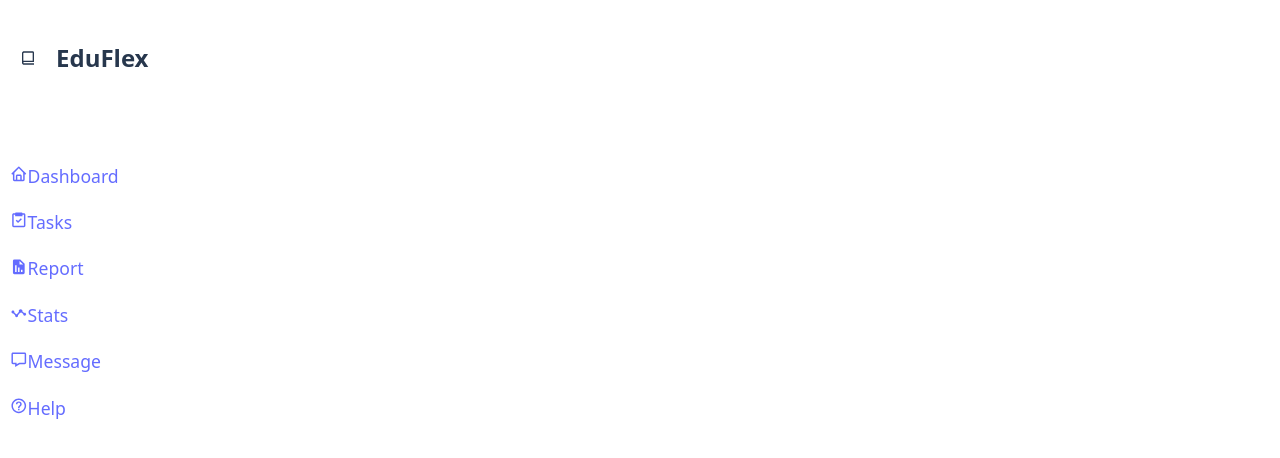
Repository: gogg23/react-dash
Page: /
The author's editor kept a copy of each file at every save. The page is drawn from the files as they stood at one save, then again after the next save.
The browser window is 1280 px wide. The pictures show the whole page.
The project was rebuilt for these pictures with package versions that can differ from the ones it lists, and the page was loaded fresh each time. Also part of the build but not shown: vite.config.js.

Above is the page before, as saved 2025-03-10 20:46:58.

After the next save:
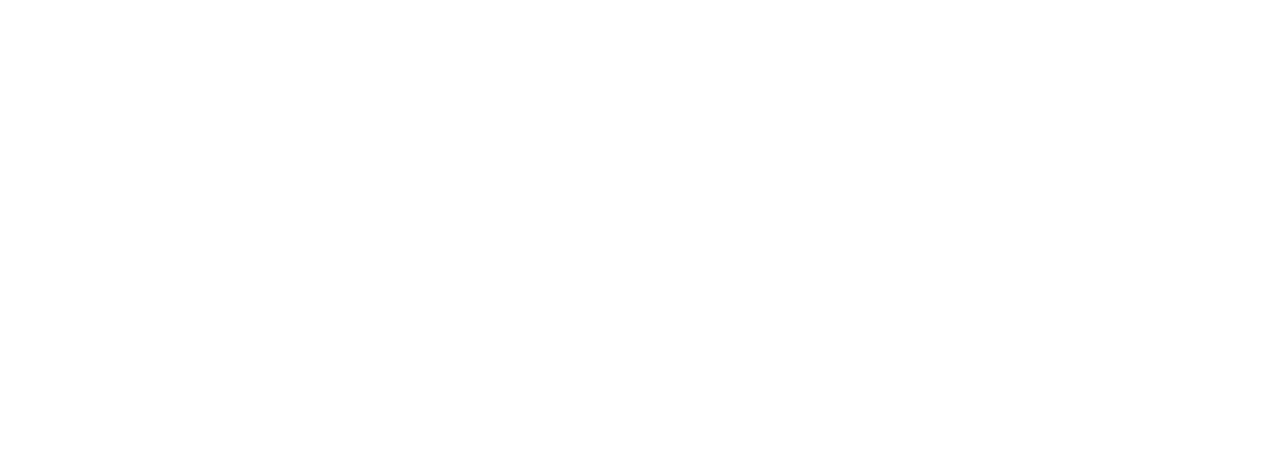
Console error (its wording comes from the project's code and is left out).
Saved 2 min 28 s later.
--- a/src/components/Sidebar.jsx
+++ b/src/components/Sidebar.jsx
@@ -2,7 +2,7 @@
 import {
   BiHome,
   BiBookAlt,
-  BiTask,
+  BiAssigment,
   BiMessage,
   BiSolidReport,
   BiStats,
@@ -23,8 +23,8 @@
           Dashboard
         </a>
         <a href='' className='item'>
-          <BiTask />
-          Tasks
+          <BiAssigment />
+          Assignments
         </a>
         <a href='' className='item'>
           <BiSolidReport />

After the 4 saves that followed:
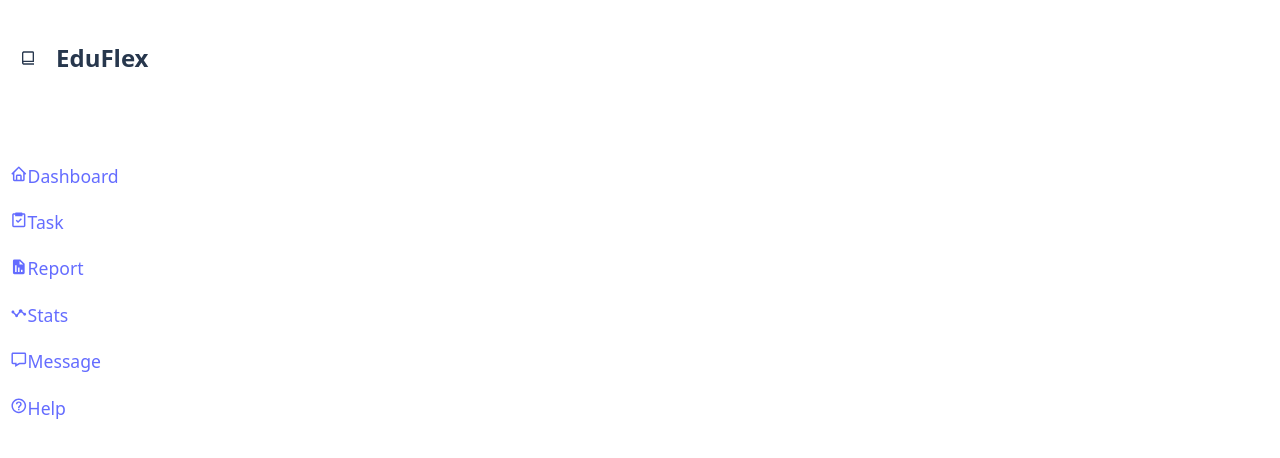
The error is gone.
The 4 saves are shown as one change because 3 left the picture as it was.
The last was saved 7 min 47 s later.
--- a/src/components/Sidebar.jsx
+++ b/src/components/Sidebar.jsx
@@ -2,11 +2,12 @@
 import {
   BiHome,
   BiBookAlt,
-  BiAssigment,
+  BiTask,
   BiMessage,
   BiSolidReport,
   BiStats,
   BiHelpCircle,
+  BiTaskX,
 } from 'react-icons/bi';
 import '../styles/Sidebar.css';
 const Sidebar = () => {
@@ -23,8 +24,8 @@
           Dashboard
         </a>
         <a href='' className='item'>
-          <BiAssigment />
-          Assignments
+          <BiTask />
+          Task
         </a>
         <a href='' className='item'>
           <BiSolidReport />
